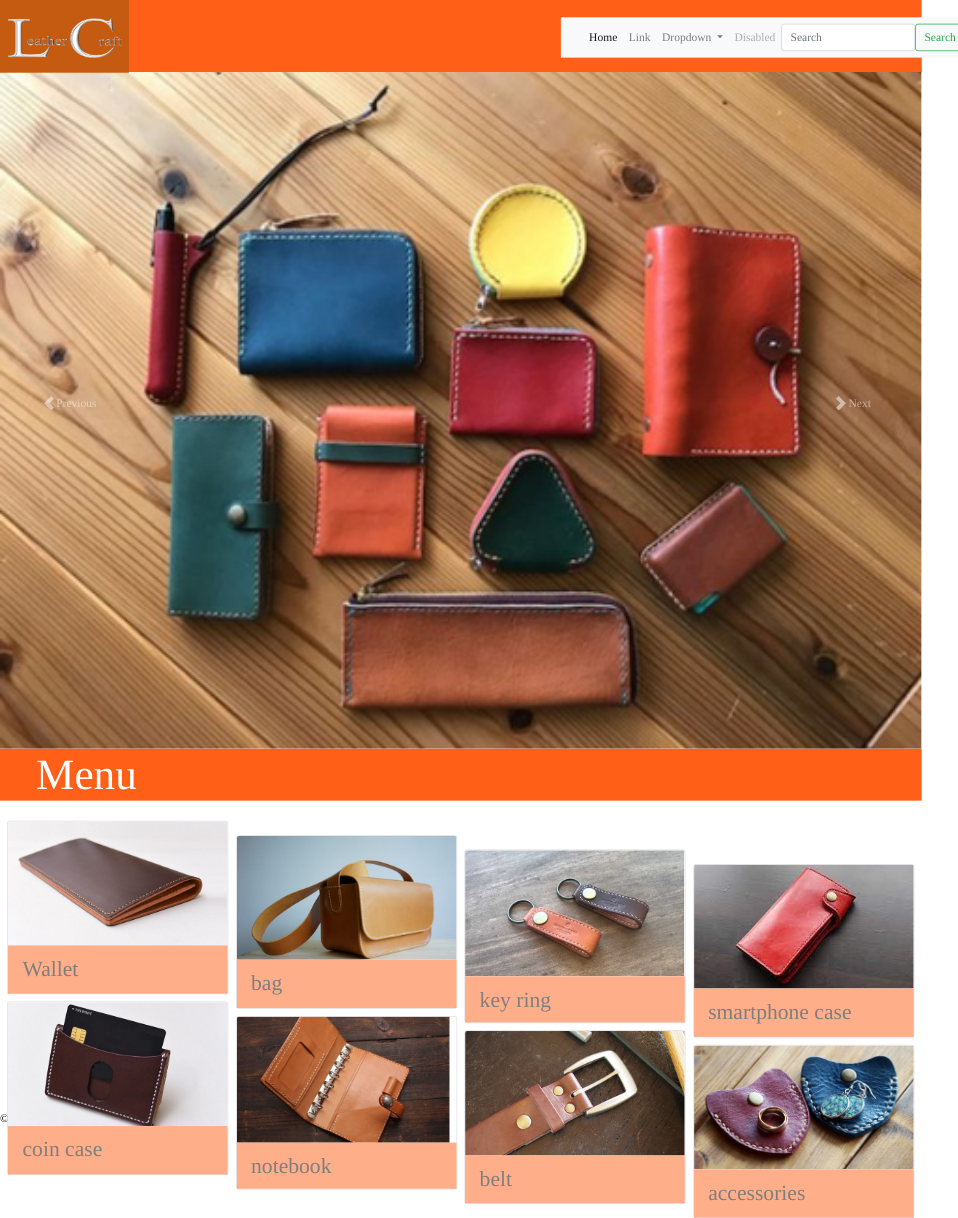
Repository: Ossan-gon/leatercraft
Page: index/indexx.html
The author's editor kept a record of every edit. The page is drawn from the files as they stood at one moment, then again after the next edit.
The browser window is 1280 px wide. The page is 1330 px wide, so the pictures cover 1330 px, including what lies to the right of the window. The pictures show the whole page, at 72% of full size.
Some web libraries are served in a nearby version.

Above is the page before.

### index/indexx.html
<!DOCTYPE html>
<html lang="ja">
<head>
    <meta charset="UTF-8">
    <meta name="viewport" content="width=device-width, initial-scale=1.0">
    <meta http-equiv="X-UA-Compatible" content="ie=edge">
    <title>leathercraft</title>
    <link rel="stylesheet" href="https://stackpath.bootstrapcdn.com/bootstrap/4.2.1/css/bootstrap.min.css" integrity="sha384-GJzZqFGwb1QTTN6wy59ffF1BuGJpLSa9DkKMp0DgiMDm4iYMj70gZWKYbI706tWS" crossorigin="anonymous">
    <link rel="stylesheet" href="./../stylesheet/style.css">
</head>
<body>
    <header id="h_r">
        <img class="h_l" src="./../images/logo.png"></img>  <nav class="h_n" class="navbar navbar-expand-lg navbar-light bg-light">
  　     <nav class="navbar navbar-expand-lg navbar-light bg-light">
           <div class="container-fluid">
            <button class="navbar-toggler" type="button" data-bs-toggle="collapse" data-bs-target="#navbarSupportedContent" aria-controls="navbarSupportedContent" aria-expanded="false" aria-label="Toggle navigation">
              <span class="navbar-toggler-icon"></span>
            </button>
           <div class="collapse navbar-collapse" id="navbarSupportedContent">
           <ul class="navbar-nav me-auto mb-2 mb-lg-0">
            <li class="nav-item">
             <a class="nav-link active" aria-current="page" href="#">Home</a>
            </li>
            <li class="nav-item">
             <a class="nav-link" href="#">Link</a>
            </li>
            <li class="nav-item dropdown">
              <a class="nav-link dropdown-toggle" href="#" id="navbarDropdown" role="button" data-bs-toggle="dropdown" aria-expanded="false">
              Dropdown
              </a>
             <ul class="dropdown-menu" aria-labelledby="navbarDropdown">
               <li><a class="dropdown-item" href="#">Action</a></li>
               <li><a class="dropdown-item" href="#">Another action</a></li>
               <li><hr class="dropdown-divider"></li>
               <li><a class="dropdown-item" href="#">Something else here</a></li>
            </ul>
            </li>
            <li class="nav-item">
             <a class="nav-link disabled" href="#" tabindex="-1" aria-disabled="true">Disabled</a>
            </li>
           </ul>
           <form class="d-flex">
            <input class="form-control me-2" type="search" placeholder="Search" aria-label="Search">
            <button class="btn btn-outline-success" type="submit">Search</button>
           </form>
          </div>
          </div>
        </nav>
    </header>
    <div id="carouselExampleFade" class="carousel slide carousel-fade" class="slide" data-bs-ride="carousel">
         <div class="carousel-inner">
            <div class="carousel-item active">
              <img src="./../images/leather_1.png" class="d-block w-100" alt="leather1">
            </div>
            <div class="carousel-item">
              <img src="./../images/leather_2.png" class="d-block w-100" alt="leather2">
            </div>
            <div class="carousel-item">
              <img src="./../images/leather_3.png" class="d-block w-100" alt="leather3">
            </div>
         </div>
            <a class="carousel-control-prev" href="#carouselExampleFade" role="button" data-bs-slide="prev">
            <span class="carousel-control-prev-icon" aria-hidden="true"></span>
            <span class="visually-hidden">Previous</span>
            </a>
            <a class="carousel-control-next" href="#carouselExampleFade" role="button" data-bs-slide="next">
            <span class="carousel-control-next-icon" aria-hidden="true"></span>
            <span class="visually-hidden">Next</span>
            </a>
    </div>
    <section id="menu">
        <div class="m_h">
            <h1>Menu</h1>
        </div>
        <div id="card_set">
            <div class="card" style="width: 18rem;">
              <img src="./../images/wallet.png" class="card-img-top" alt="wallet">
              <div class="card-body">
                <p class="card-text">Wallet</p>
              </div>
            </div>
            <div class="card" style="width: 18rem;">
              <img src="./../images/bag.png" class="card-img-top" alt="bag">
              <div class="card-body">
                <p class="card-text">bag</p>
              </div>
            </div>
            <div class="card" style="width: 18rem;">
              <img src="./../images/keyring.png" class="card-img-top" alt="key_ring">
              <div class="card-body">
                <p class="card-text">key ring</p>
              </div>
            </div>
            <div class="card" style="width: 18rem;">
              <img src="./../images/smartphonecase.png" class="card-img-top" alt="smartphone_case">
              <div class="card-body">
                <p class="card-text">smartphone case</p>
              </div>
            </div>
            <div class="card" style="width: 18rem;">
              <img src="./../images/coincase.png" class="card-img-top" alt="coin_case">
              <div class="card-body">
                <p class="card-text">coin case</p>
              </div>
            </div>
            <div class="card" style="width: 18rem;">
              <img src="./../images/notebook.png" class="card-img-top" alt="notebook">
              <div class="card-body">
                <p class="card-text">notebook</p>
              </div>
            </div>
            <div class="card" style="width: 18rem;">
              <img src="./../images/belt.png" class="card-img-top" alt="belt">
              <div class="card-body">
                <p class="card-text">belt</p>
              </div>
            </div>
            <div class="card" style="width: 18rem;">
              <img src="./../images/accessories.png" class="card-img-top" alt="accessories">
              <div class="card-body">
                <p class="card-text">accessories</p>
              </div>
            </div>
        </div>
    </section>
    <footer id="footer">
        <p>&copy; LeatherCraft</p>
    </footer>
    <script src="https://cdn.jsdelivr.net/npm/@popperjs/core@2.5.4/dist/umd/popper.min.js" integrity="sha384-q2kxQ16AaE6UbzuKqyBE9/u/KzioAlnx2maXQHiDX9d4/zp8Ok3f+M7DPm+Ib6IU" crossorigin="anonymous"></script>
    <script src="https://cdn.jsdelivr.net/npm/bootstrap@5.0.0-beta1/dist/js/bootstrap.min.js" integrity="sha384-pQQkAEnwaBkjpqZ8RU1fF1AKtTcHJwFl3pblpTlHXybJjHpMYo79HY3hIi4NKxyj" crossorigin="anonymous"></script>
    <script src="./../script/script.js"></script>
</body>
</html>

### stylesheet/style.css
@charset "UTF-8";

/*----------------------html------------------------------*/
html {
    /*==============スクロールの記述=========================*/
    scroll-behavior  : smooth;
}

/*----------------------body------------------------------*/
body {
    margin           : 0;
    padding          : 0;
    font-family      : "Times","helvetica neue", "YuGothic", "ヒラギノ角ゴ pron w3", "Hiragino Kaku Gothic ProN", "Arial", "メイリオ", "Meiryo", "sans-serif";
    font-size        : 1rem;
    line-height      : 150%;
    color            : #000;
    background       : #fff;
}

#h_r {
    position         : fixed;
    background-color : #ff5f17;
    height           : 100px;
    width            : 100%;
    z-index          : 500;
    display          : flex;
}

.h_l {
    width            : 14vw;
    height           : 14vh;
}

#h_r nav {
    position         : relative;
    left             : 300px;
}
/*-----------------------slide----------------------------*/
.slide {
    position         : relative;
    top              : 80px;
}

/*----------------------Menu-------------------------------*/
#menu {
    position         : relative;
    top              : 100px;
}

.m_h {
    background       : #ff5f17;
    position         : relative;
    top              : -20px;
}

.m_h  h1 {
    position         : relative;
    left             : 50px;
    color            : #fff;
    font-size        : 60px;
}
/*-----------------------------card----------------------*/
#card_set {
    display: flex;
    flex-wrap: wrap;
    justify-content: space-evenly;

}

.card {
    flex-basis       : 24%;
    margin-bottom    : 10px;
}

.card:nth-child(2), .card:nth-child(6) {
    top              : 20px;
}

.card:nth-child(3), .card:nth-child(7) {
    top              : 40px;
}

.card:nth-child(4), .card:nth-child(8) {
    top              : 60px;
}

.card-body {
    background       : #ff5f17;
    opacity          : 0.5;
}

.card-text {
    font-size        : 30px;
}

Loaded but not shown: script/script.js (no stored copy; drawn as an empty file)

After the next edit:
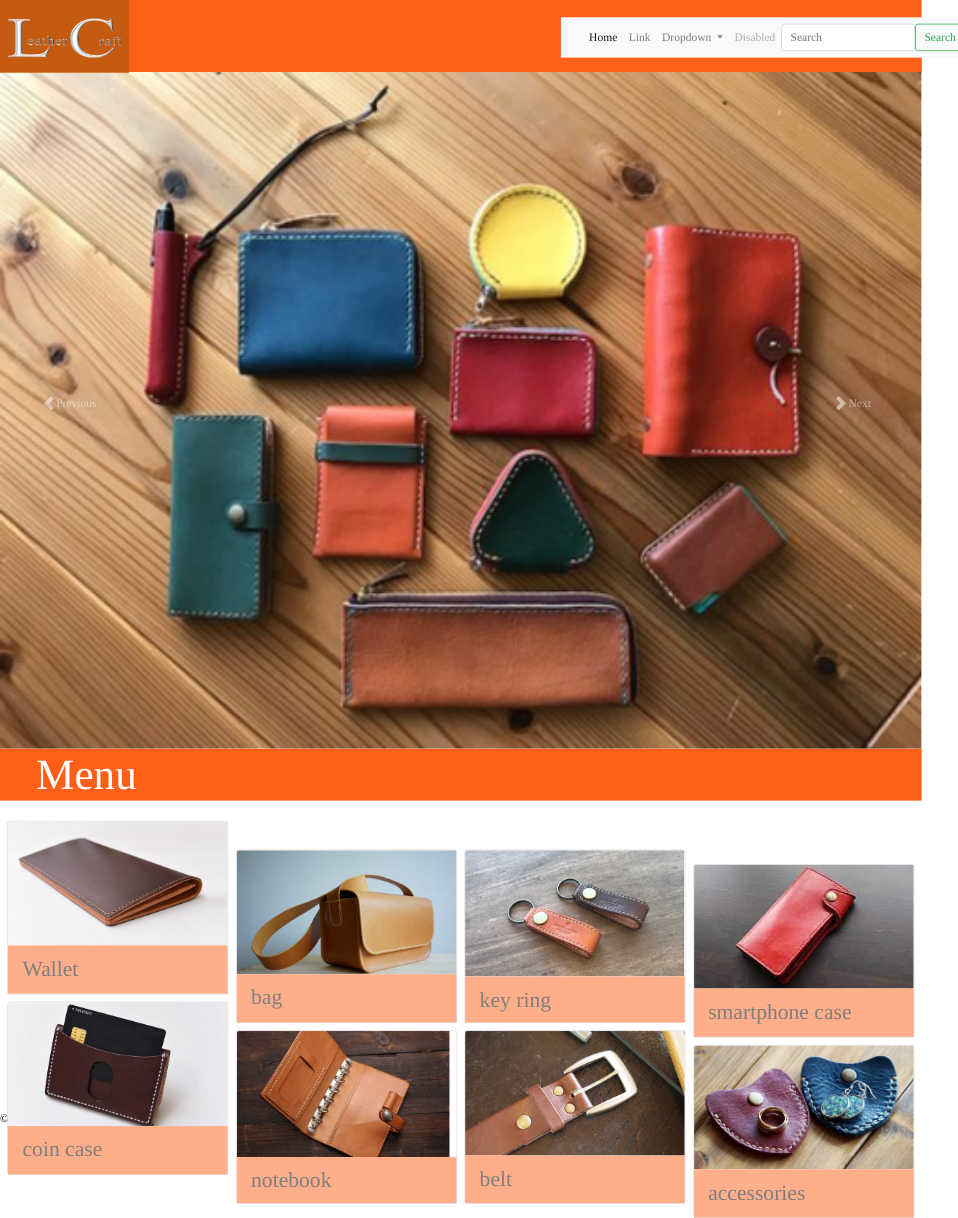
The edit:
--- a/stylesheet/style.css
+++ b/stylesheet/style.css
@@ -73,7 +73,7 @@
 }
 
 .card:nth-child(2), .card:nth-child(6) {
-    top              : 20px;
+    top              : 40px;
 }
 
 .card:nth-child(3), .card:nth-child(7) {
